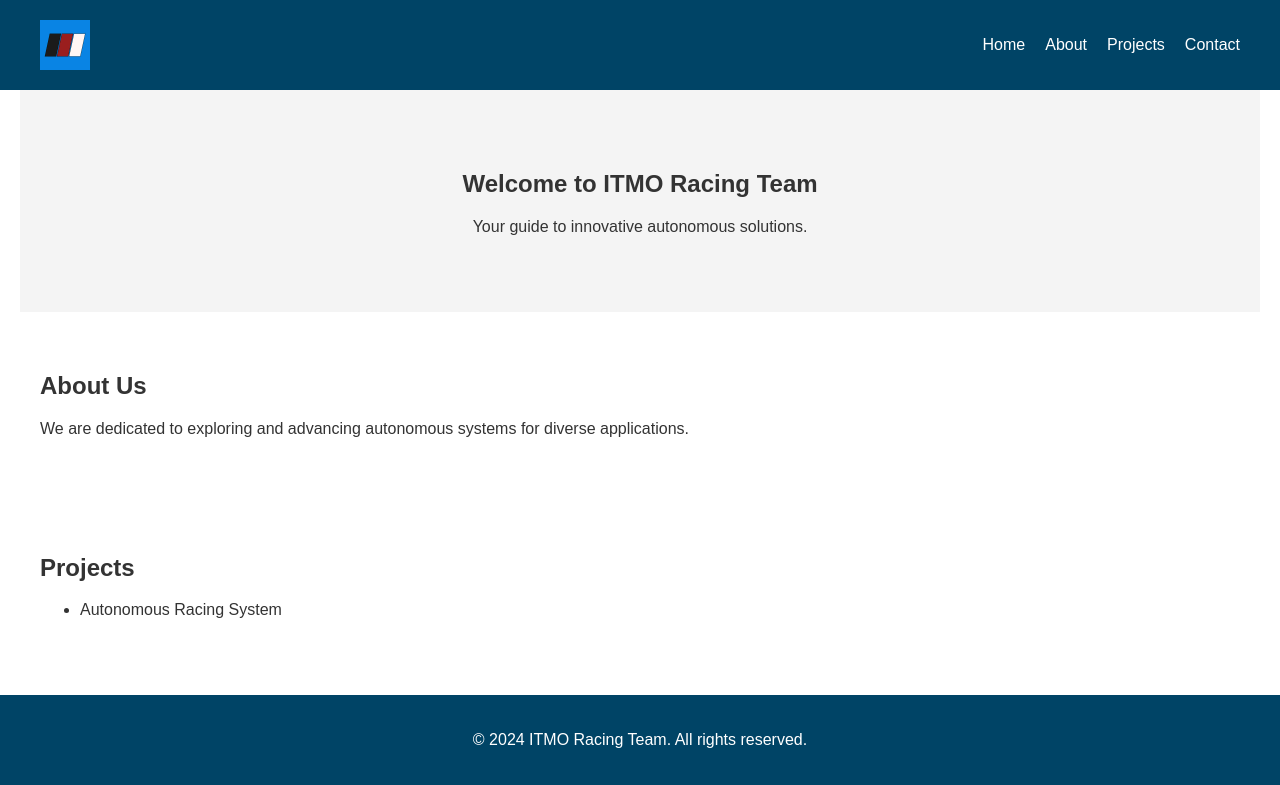
Repository: fs-itmo/fs-itmo.github.io
Page: index.html
These files come from the project's save history. The page is drawn as it stood at one moment and after the next save; the edit follows.
The browser window is 1280 px wide. The pictures show the whole page.
Backgrounds fixed to the window are drawn as part of the page.

Above is the page before, as saved 2024-12-30 13:22:04.

After the next save:
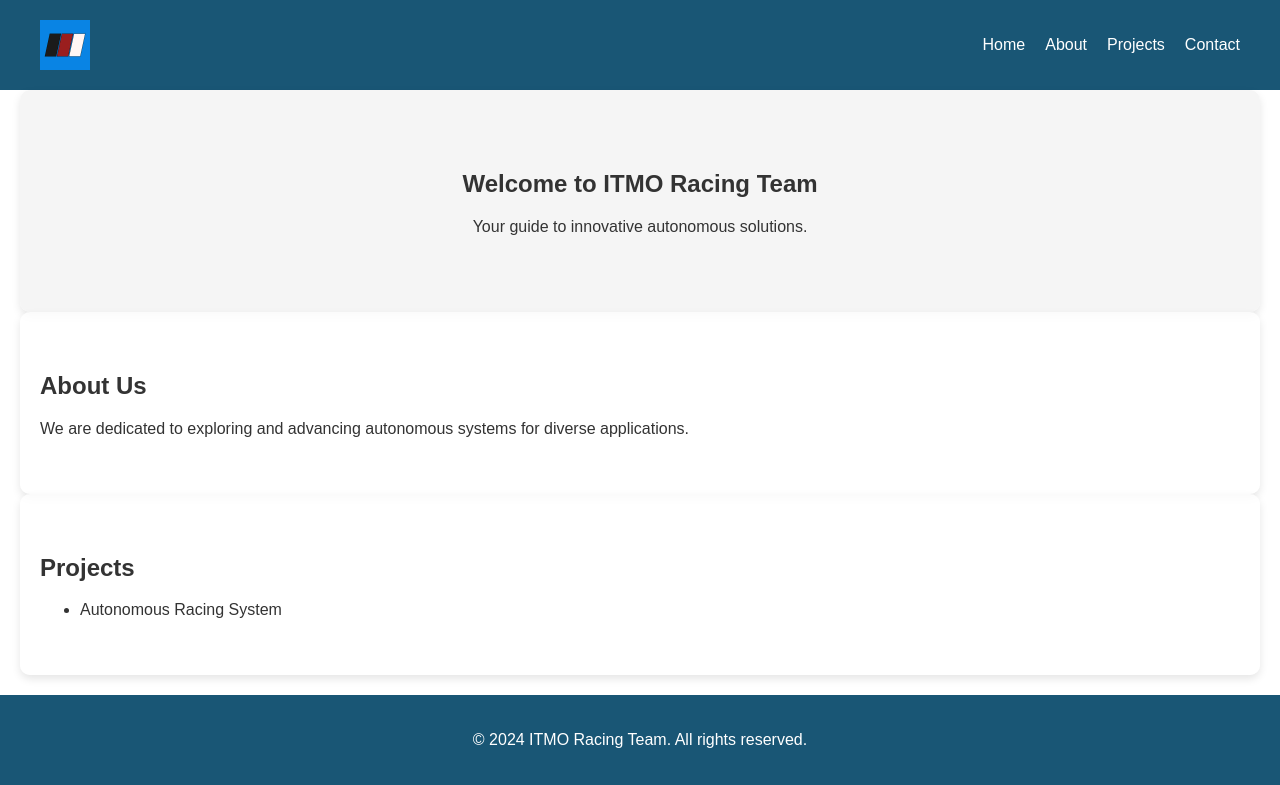
Not found: home/mfclabber/fs-itmo.github.io/assets/images/title.png
Saved 20 min 23 s later.
--- a/css/style.css
+++ b/css/style.css
@@ -3,10 +3,12 @@
     margin: 0;
     padding: 0;
     color: #333;
+    background: url('/home/mfclabber/fs-itmo.github.io/assets/images/title.png') no-repeat center center fixed;
+    background-size: cover;
 }
 
 header {
-    background-color: #004466;
+    background-color: rgba(0, 68, 102, 0.9);
     padding: 20px 0;
 }
 
@@ -44,16 +46,20 @@
     padding: 40px 20px;
     max-width: 1200px;
     margin: 0 auto;
+    background: rgba(255, 255, 255, 0.8);
+    border-radius: 10px;
+    box-shadow: 0 4px 8px rgba(0, 0, 0, 0.1);
 }
 
 section#home {
-    background: #f4f4f4;
+    background: rgba(244, 244, 244, 0.9);
     text-align: center;
     padding: 60px 20px;
+    border-radius: 10px;
 }
 
 footer {
-    background-color: #004466;
+    background-color: rgba(0, 68, 102, 0.9);
     color: white;
     text-align: center;
     padding: 20px 0;

After the save that followed:
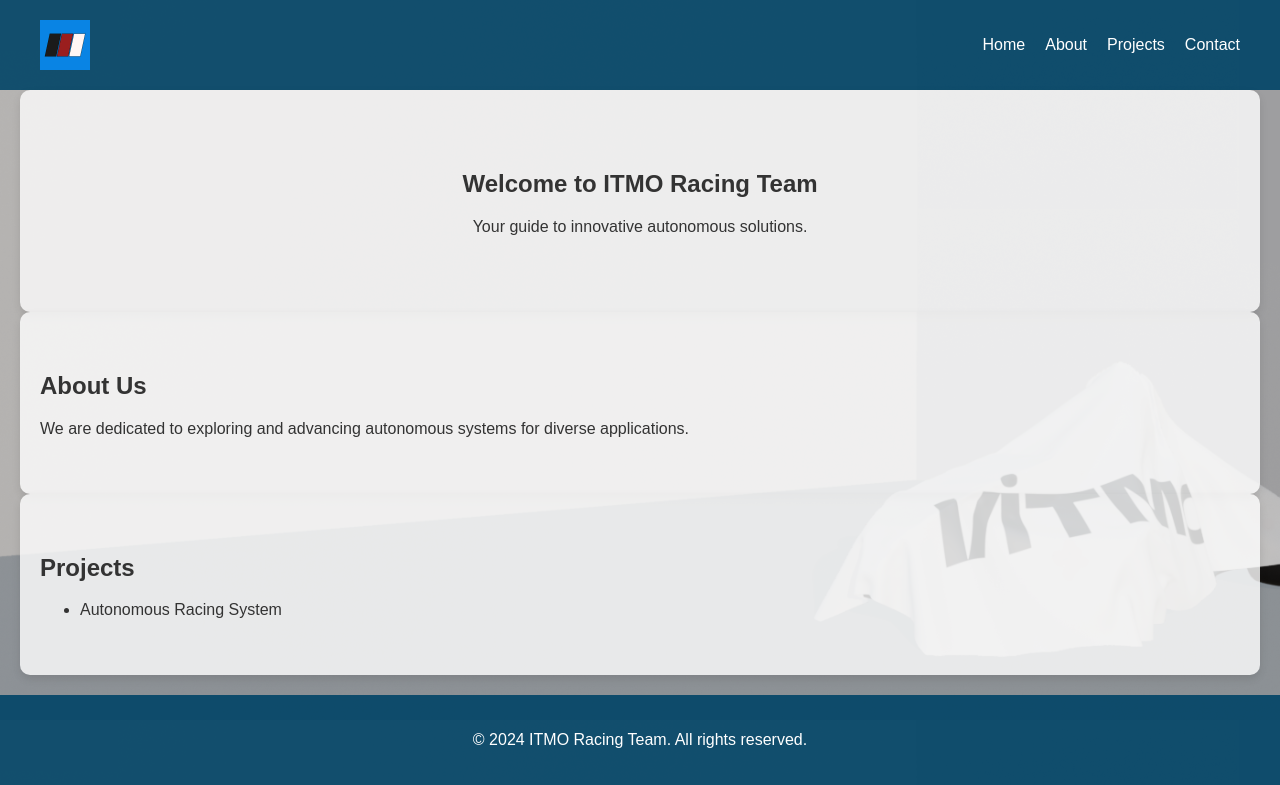
Saved 2 min 6 s later.
--- a/css/style.css
+++ b/css/style.css
@@ -3,7 +3,7 @@
     margin: 0;
     padding: 0;
     color: #333;
-    background: url('/home/mfclabber/fs-itmo.github.io/assets/images/title.png') no-repeat center center fixed;
+    background: url('assets/images/title.png') no-repeat center center fixed;
     background-size: cover;
 }
 
